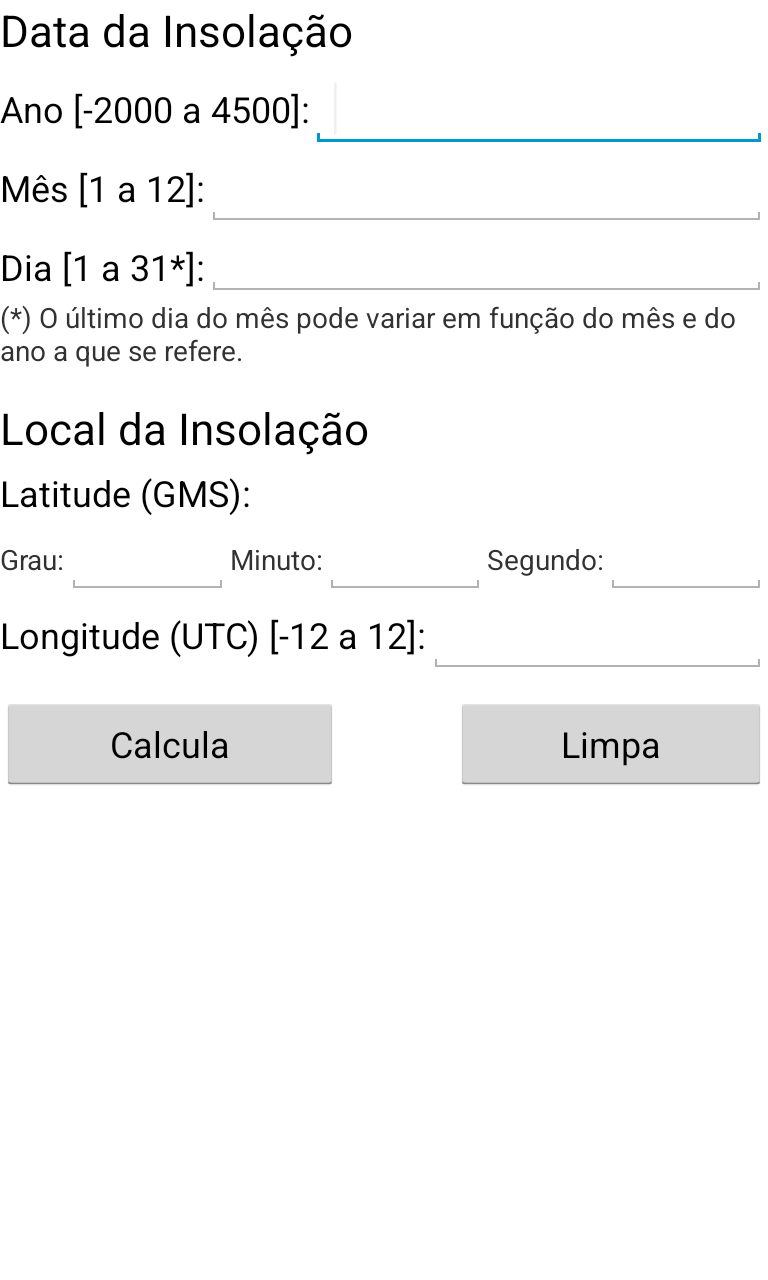
Repository: sergioPereiraBR/insolacao_terrestre
Layout: projeto/source code/InsolacaoTerrestre/res/layout/activity_insolacao_terrestre.xml
These files come from the project's save history. The layout is drawn as it stood at one moment and after the next save; the edit follows.
It is drawn on a 768 x 1280 px phone screen (xhdpi) without system bars, with theme AppTheme; the app's code is not run.

Above is the layout before, as saved 2016-11-23 22:25:36.

After the next save:
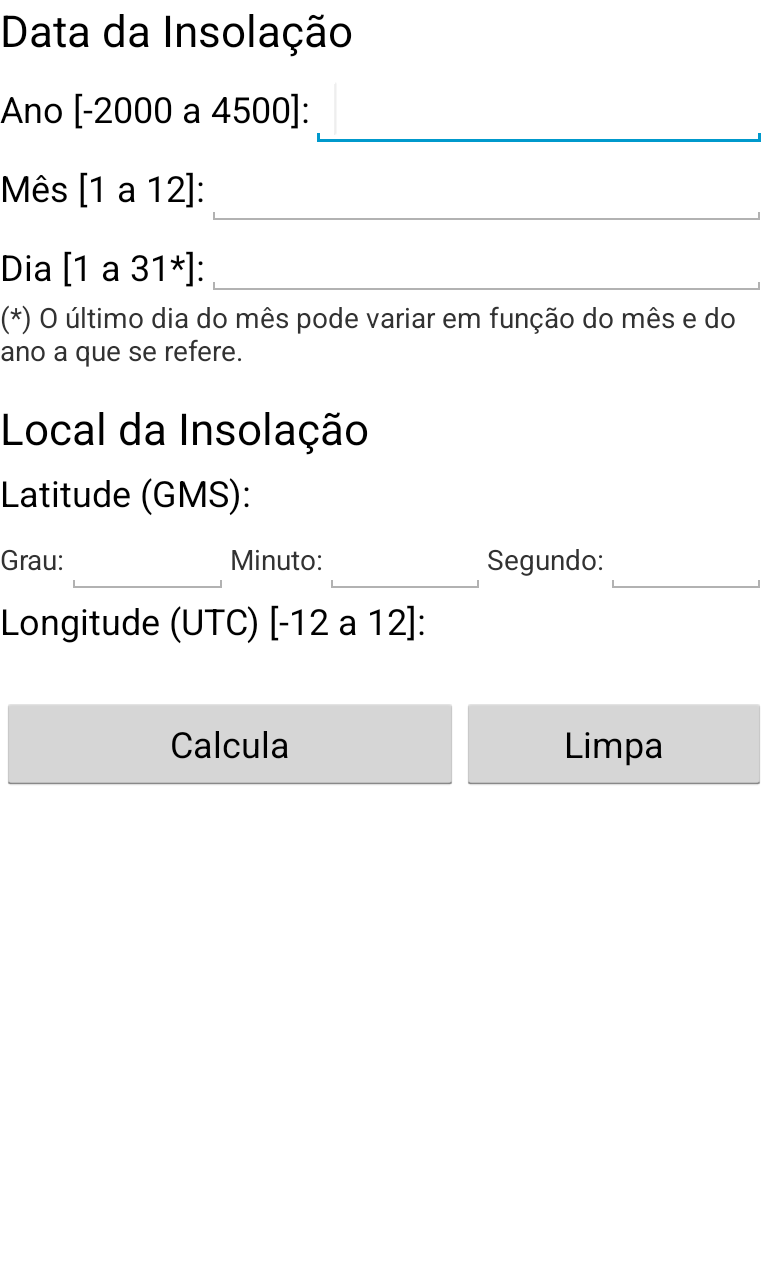
Saved 13 min 21 s later.
--- a/projeto/source code/InsolacaoTerrestre/res/layout/activity_insolacao_terrestre.xml
+++ b/projeto/source code/InsolacaoTerrestre/res/layout/activity_insolacao_terrestre.xml
@@ -178,7 +178,8 @@
 
     <LinearLayout
         android:layout_width="match_parent"
-        android:layout_height="50dp" >
+        android:layout_height="50dp"
+        android:orientation="horizontal" >
 
         <Space
             android:layout_width="wrap_content"
@@ -190,14 +191,6 @@
             android:layout_height="wrap_content"
             android:text="Longitude (UTC) [-12 a 12]:"
             android:textAppearance="?android:attr/textAppearanceMedium" />
-
-        <EditText
-            android:id="@+id/editText7"
-            android:layout_width="wrap_content"
-            android:layout_height="wrap_content"
-            android:layout_weight="1"
-            android:ems="10"
-            android:inputType="numberSigned" />
 
     </LinearLayout>
 
@@ -207,12 +200,12 @@
         android:orientation="horizontal" >
 
         <RelativeLayout
-            android:layout_width="match_parent"
+            android:layout_width="wrap_content"
             android:layout_height="match_parent" >
 
             <Button
                 android:id="@+id/button2"
-                android:layout_width="157dp"
+                android:layout_width="154dp"
                 android:layout_height="wrap_content"
                 android:layout_alignParentRight="true"
                 android:layout_alignParentTop="true"
@@ -220,10 +213,11 @@
 
             <Button
                 android:id="@+id/button1"
-                android:layout_width="170dp"
+                android:layout_width="146dp"
                 android:layout_height="wrap_content"
                 android:layout_alignParentLeft="true"
                 android:layout_alignParentTop="true"
+                android:layout_toLeftOf="@+id/button2"
                 android:text="Calcula" />
 
         </RelativeLayout>
